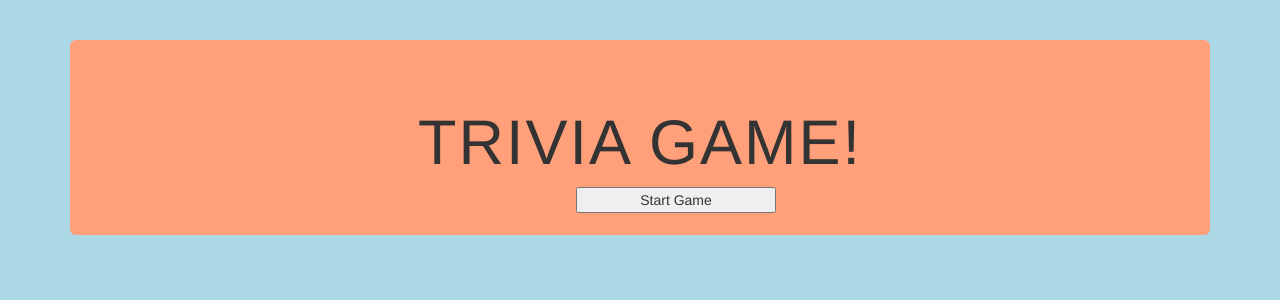
Repository: phiniezyc/TriviaGame
Page: index.html
The author's editor kept a copy of each file at every save. The page is drawn from the files as they stood at one save, then again after the next save.
The browser window is 1280 px wide. The pictures show the whole page.
Some web libraries are served in a nearby version.

Above is the page before, as saved 2017-09-14 00:18:08.

### index.html
<!DOCTYPE html>
<html lang="">
<head>
    <meta charset="utf-8">
    <meta name="viewport" content="width=device-width, initial-scale=1.0">
    <title>Quiz Game</title>
    <link rel="stylesheet" href="https://maxcdn.bootstrapcdn.com/bootstrap/3.3.7/css/bootstrap.min.css">
    <link rel="stylesheet" href="assets/css/style.css">
</head>

<body>

<div class="container">
<div class="row">

</div>
</div>
<div class="container">
    <div class="jumbotron">
        <div>
            <h1 id="gameHeading">TRIVIA GAME!</h1>
        </div>
        <div id="questionSection">
            <button id="startGameButton">Start Game</button>
        </div>
    </div>
</div>



<script src="https://ajax.googleapis.com/ajax/libs/jquery/3.2.1/jquery.min.js"></script>
<script src="assets/javascript/app.js"></script>
</body>
</html>

### assets/css/style.css
body {
    background-color: lightblue;
}

#gameHeading {
    text-align: center;
}

button {
    /*margin-left: 45%;*/
    /*text-align: center;*/
    width: 200px;
    position: absolute;
    left: 45%;
}


.jumbotron {
    background-color: lightsalmon;
    margin-top: 40px;
    text-align: center;
    letter-spacing: 2px;
}



/*
.!*answerSections {

    height: 100px;
    border-style: solid;
    border-width: 5px;
    text-align: center;
    font-size: 35px;
    width: 75%;
    margin: 0 auto;
    padding-top: 15px;
} *!*/

### assets/javascript/app.js

$("#startGameButton").on("click", function () {
    $("#startGameButton").remove();
    for (var i = 0; i < questions.length; i++) {
        $("#questionSection").append("<h2>" + questions[i].question + "</h2>");
        for (var j = 0; j < questions[i].answers.length; j++) {
            $("#questionSection").append("<input type = 'radio' name= 'questionsToAsk" + i + " 'value' " + questions[i].answers[j] + "'>" + questions[i].answers[j])
        }
    }
    $("#questionSection").append("<button>")
});

var questions = [{
    question: " who shot Roger Rabbit? ",
    answers: [" Jessica Rabbit ", " The Tortoise ", " Elmer Fudd ", " Roger Rabbit? "],
    correctAnswer: " Jessica Rabbit "
}, {
    question: " Who is the best Brave? ",
    answers: [" Freeman ", " Inciarte ", " Tehran ", " Swanson "],
    correctAnswer: "Freeman"
}, {
    question: " Who is the best Hawk of All Time? ",
    answers: [" Dominique Wilkins ", " Joe Johnson ", " Pistol Pete ", " Dikembe Mutombo "],
    correctAnswer: " Dominique Wilkins "
}, {
    question: " Who is the best Falcon? ",
    answers: [" Julio Jones ", " Matt Ryan ", " Devante Freeman ", " Beasley "],
    correctAnswer: " Julio Jones "
}];

After the next save:
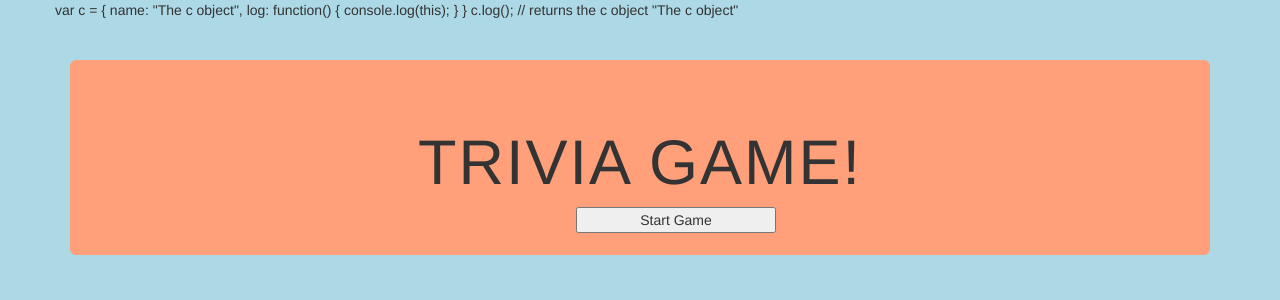
Saved 13 min 31 s later.
--- a/index.html
+++ b/index.html
@@ -12,7 +12,13 @@
 
 <div class="container">
 <div class="row">
-
+    var c = {
+        name: "The c object",
+         log: function() {
+             console.log(this);
+         }
+     }
+     c.log();    // returns the c object "The c object"
 </div>
 </div>
 <div class="container">
